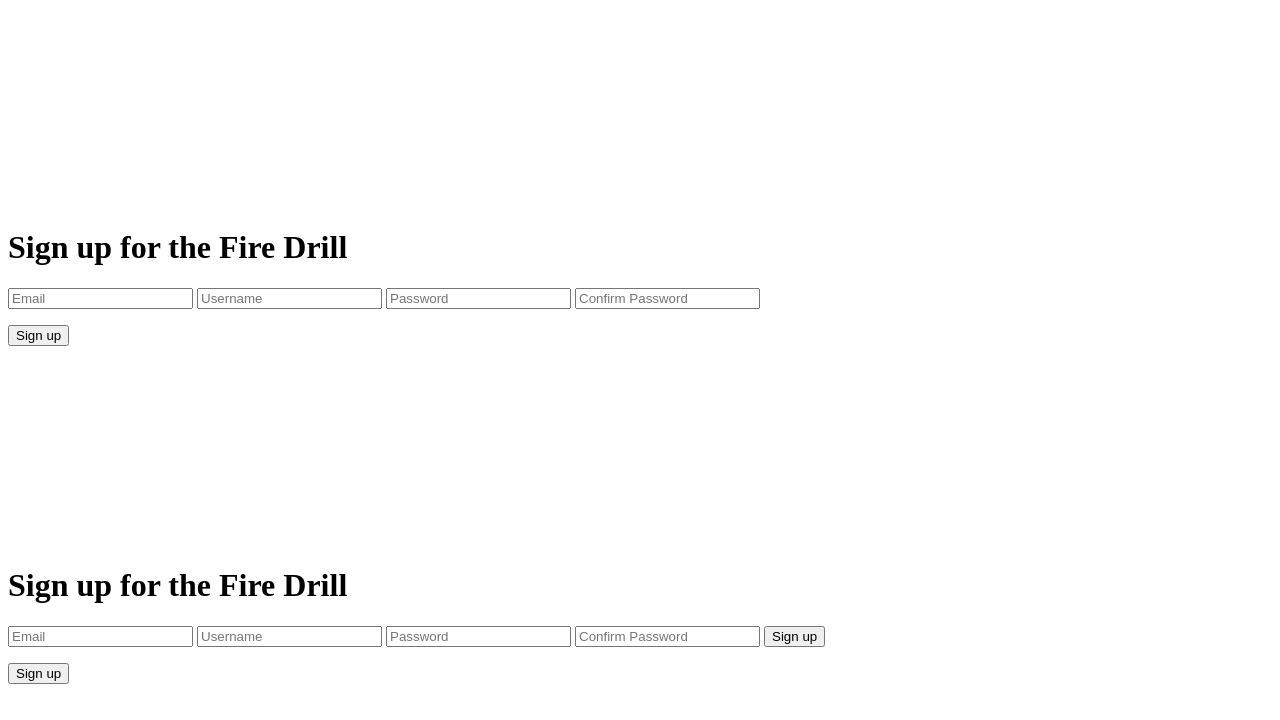
Repository: robertgshaw/fire-drill
Page: templates/signupTemplate.html
The author's editor kept a record of every edit. The page is drawn from the files as they stood at one moment, then again after the next edit.
The browser window is 1280 px wide. The pictures show the whole page.

Above is the page before.

After the next edit:
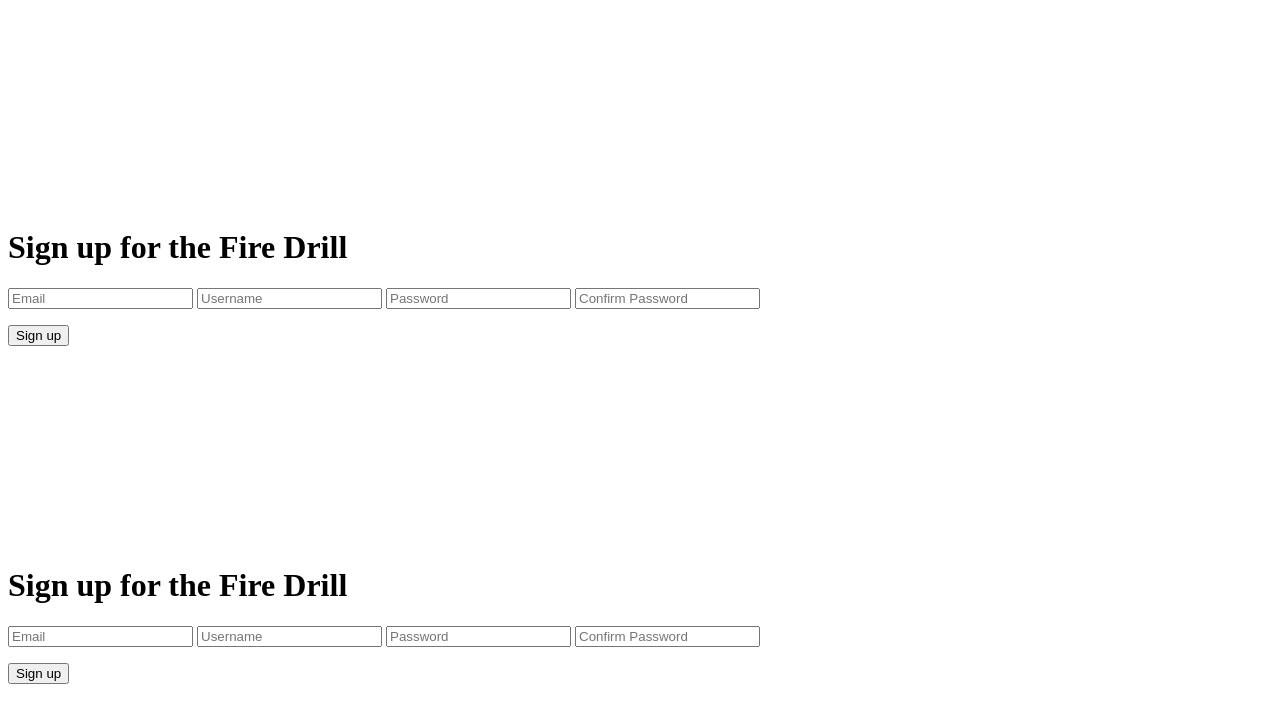
The edit:
--- a/templates/signupTemplate.html
+++ b/templates/signupTemplate.html
@@ -19,7 +19,6 @@
             <input type="text" id="signup-username" class="form-control" placeholder="Username"/>
             <input type="password" id="signup-password" class="form-control" placeholder="Password" />
             <input type="password" id="signup-confirm" class="form-control" placeholder="Confirm Password"/>
-            <button class="btn btn-lg btn-primary btn-block signup-mobile">Sign up</button>
         </form>
         <button class="btn btn-lg btn-primary btn-block signup-mobile">Sign up</button>
     </div>
